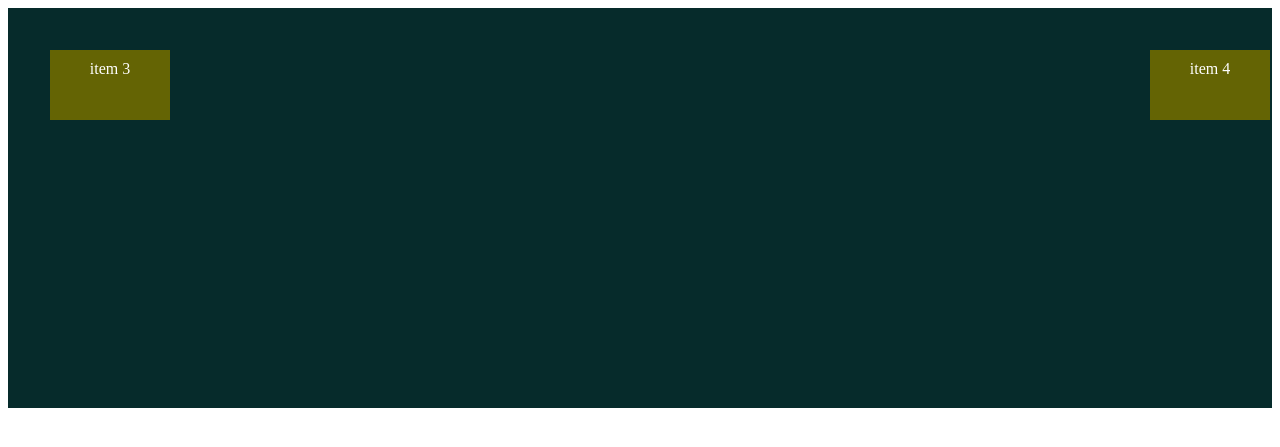
Repository: nmaury/TpsCambodge
Page: InternetProgramming/Css/sample.html
These files come from the project's save history. The page is drawn as it stood at one moment and after the next save; the edit follows.
The browser window is 1280 px wide. The pictures show the whole page.

Above is the page before, as saved 2022-12-06 02:15:03.

### InternetProgramming/Css/sample.html
<!DOCTYPE html>
<html>
<head>
    <link rel="stylesheet" href="sample.css">
</head>
<body>
    <div class="parent">
        <div class="item1">item 1
        </div>
        <div class="item2">item 2
        </div>
        <div class="item3">item 3
        </div>
        <div class="item4">item 4
        </div>
    </div>
</body>
</html>

### InternetProgramming/Css/sample.css
.item1{
    background-color: rgb(100,100,4);
    padding : 10px;
    width: 100px;
    height: 50px;
    color: white;
    text-align: center;
    position: absolute;
    left: 50px;
    top: 50px;
    z-index: 1;
}
.item2{
    background-color: rgb(100,100,4);
    padding : 10px;
    width: 100px;
    height: 50px;
    color: white;
    text-align: center;
    position: absolute;
    left: 50px;
    top: 50px;
    z-index: 1;
}
.item3{
    background-color: rgb(100,100,4);
    padding : 10px;
    width: 100px;
    height: 50px;
    color: white;
    text-align: center;
    position: absolute;
    left: 50px;
    top: 50px;
    z-index: 1;
}
.item4{
    background-color: rgb(100,100,4);
    padding : 10px;
    width: 100px;
    height: 50px;
    color: white;
    text-align: center;
    position: fixed;
    right: 10px;
    top: 50px;
    z-index: 1;
}
.parent{
    background-color: rgb(6,43,43);
    width: 100%;
    height: 400px;
}

After the next save:
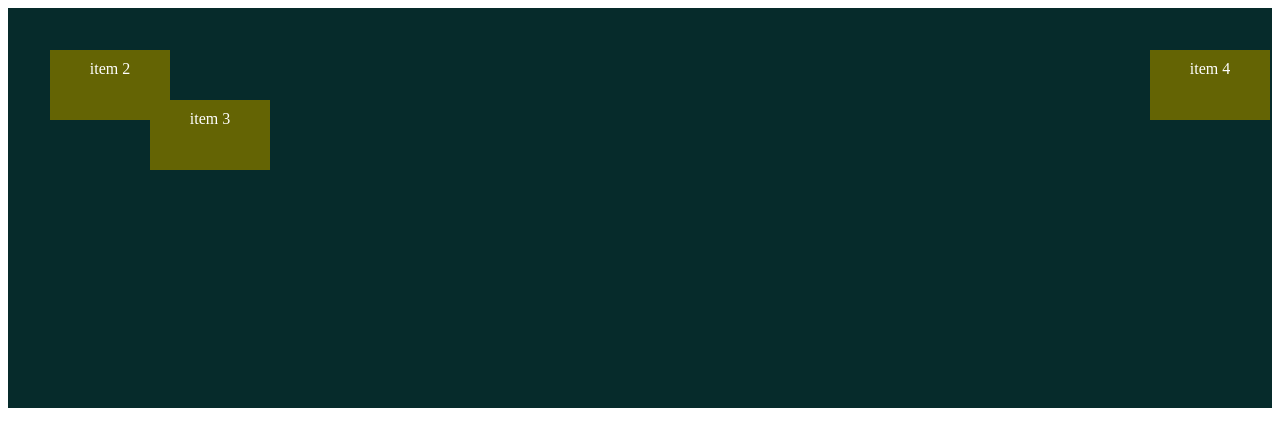
Saved 28 s later.
--- a/InternetProgramming/Css/sample.css
+++ b/InternetProgramming/Css/sample.css
@@ -30,8 +30,8 @@
     color: white;
     text-align: center;
     position: absolute;
-    left: 50px;
-    top: 50px;
+    left: 150px;
+    top: 100px;
     z-index: 1;
 }
 .item4{
